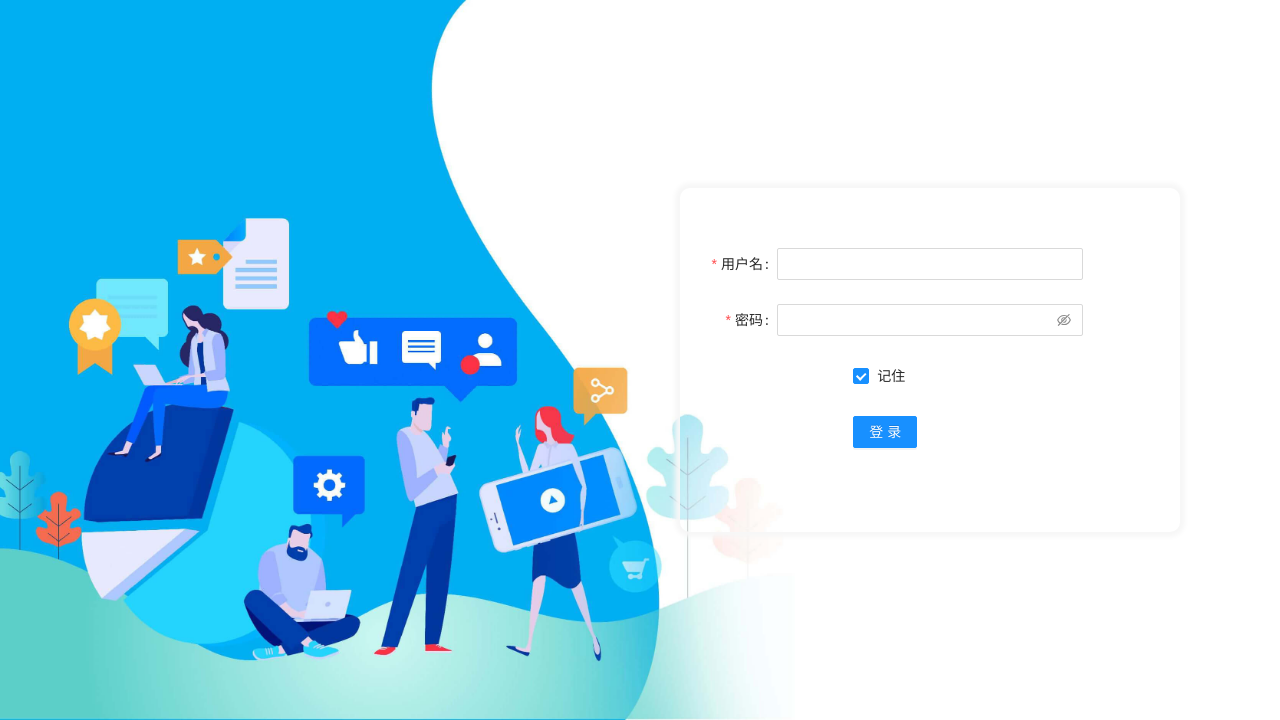
Repository: DallenCat/react-test
Page: /login
The author's editor kept a copy of each file at every save. The page is drawn from the files as they stood at one save, then again after the next save.
The browser window is 1280 px wide. The pictures show the whole page.
The project was rebuilt for these pictures with package versions that can differ from the ones it lists, and the page was loaded fresh each time. Also part of the build but not shown: src/containers/dashboard/index.js, src/containers/personal/index.js, src/components/layout/index.css, src/components/layout/sider/menu.js, src/components/layout/sider/logo.js, src/components/layout/sider/index.js, src/components/layout/index.js.

Above is the page before, as saved 2021-10-29 17:31:48.

After the next save:
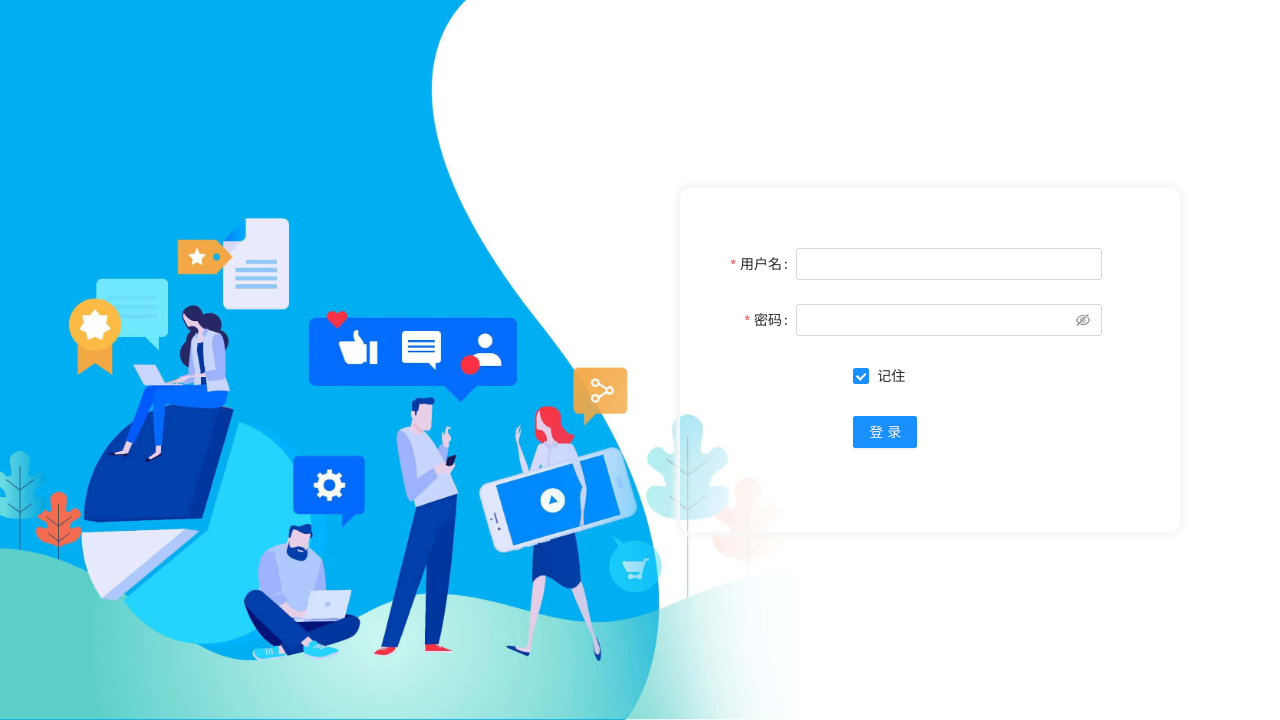
Saved 4 s later.
--- a/src/containers/login/index.js
+++ b/src/containers/login/index.js
@@ -4,7 +4,7 @@
  * @Author: dal
  * @Date: 2021-10-29 15:24:14
  * @LastEditors: dal
- * @LastEditTime: 2021-10-29 17:30:52
+ * @LastEditTime: 2021-10-29 17:31:52
  */
 import { Component } from "react";
 import { Form, Input, Button, Checkbox } from 'antd';
@@ -22,7 +22,7 @@
   return (
     <Form
       name="basic"
-      labelCol={{ span: 4, }}
+      labelCol={{ span: 5, }}
       wrapperCol={{ span: 16, }}
       initialValues={{ remember: true, }}
       onFinish={onFinish}

After the save that followed:
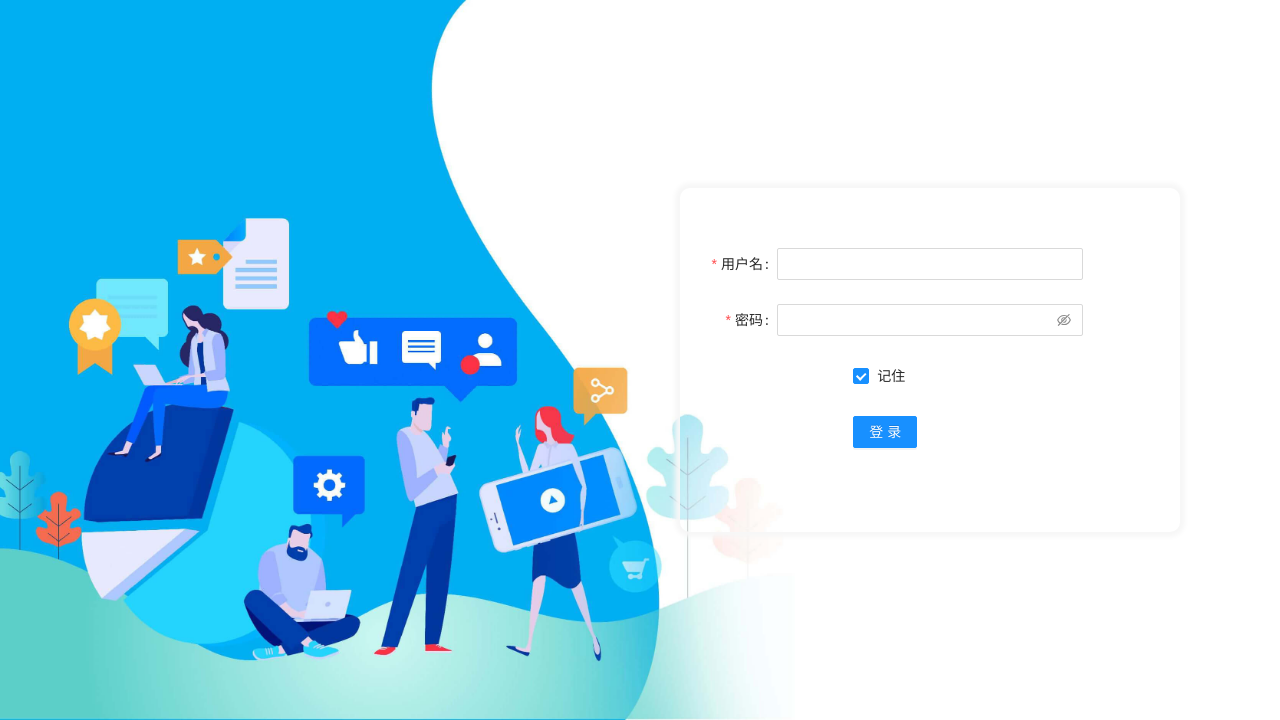
Saved 5 s later.
--- a/src/containers/login/index.js
+++ b/src/containers/login/index.js
@@ -22,7 +22,7 @@
   return (
     <Form
       name="basic"
-      labelCol={{ span: 5, }}
+      labelCol={{ span: 4, }}
       wrapperCol={{ span: 16, }}
       initialValues={{ remember: true, }}
       onFinish={onFinish}
